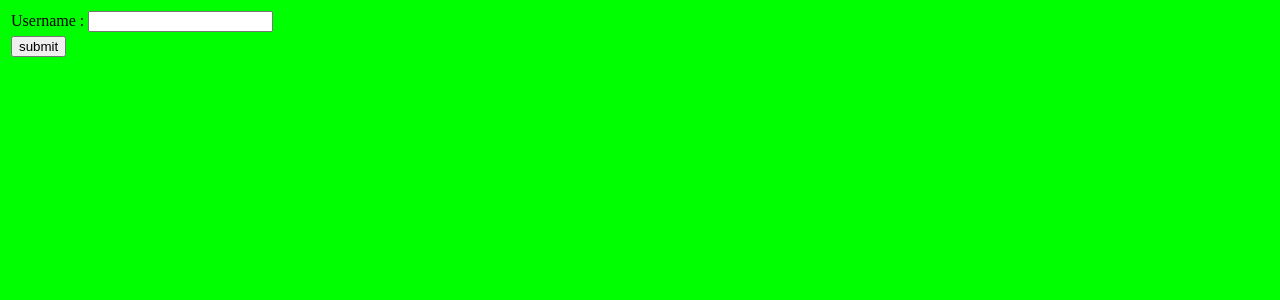
Repository: akale1992/Learning-HIBERNATE-SERVLETS
Page: servletconfig/WebContent/index.html
These files come from the project's save history. The page is drawn as it stood at one moment and after the next save; the edit follows.
The browser window is 1280 px wide. The pictures show the whole page.

Above is the page before, as saved 2015-09-07 04:37:28.

After the next save:
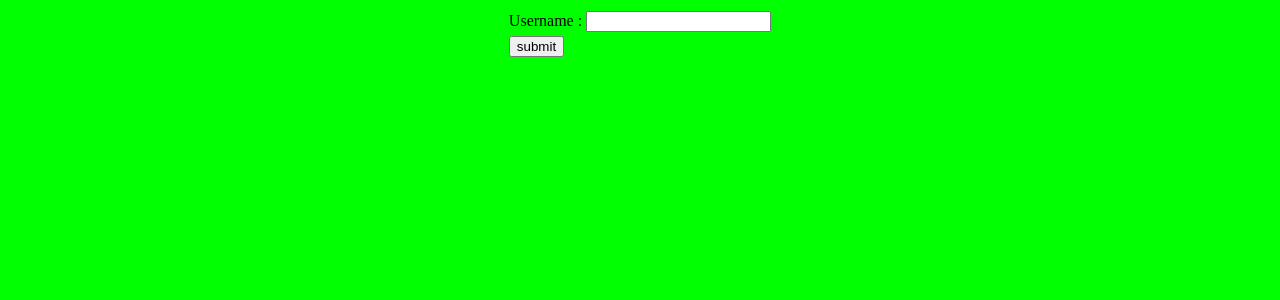
Saved 4 min 3 s later.
--- a/servletconfig/WebContent/index.html
+++ b/servletconfig/WebContent/index.html
@@ -5,13 +5,15 @@
 <title></title>
 </head>
 <body bgcolor="lime">
-<form action="do" method="post">
-<table>
-<tr><td>Username :
-<input type="text" name="un" ></td></tr>
-<tr><td>
-<input type="submit" value="submit"></td></tr>
-</table>
-</form>
+	<form action="do" method="post">
+		<table align="center">
+			<tr>
+				<td>  Username : <input type="text" name="un"></td>
+			</tr>
+			<tr>
+				<td><input type="submit" value="submit"></td>
+			</tr>
+		</table>
+	</form>
 </body>
 </html>
